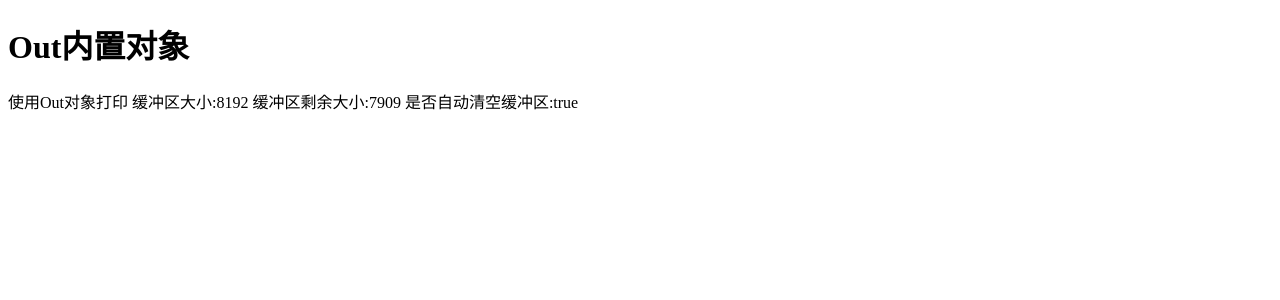
Repository: jionjion/JAVA_WorkSpace
Page: http://localhost/ServletClient/modules/jspBase/baseII.jsp
An editor plug-in stored every save of this project. The page is shown before and after the next save, followed by the edit.
The browser window is 1280 px wide. The pictures show the whole page.
The page is served by Tomcat 9.

Above is the page before, as saved 2017-07-10 13:54:26.

After the next save:
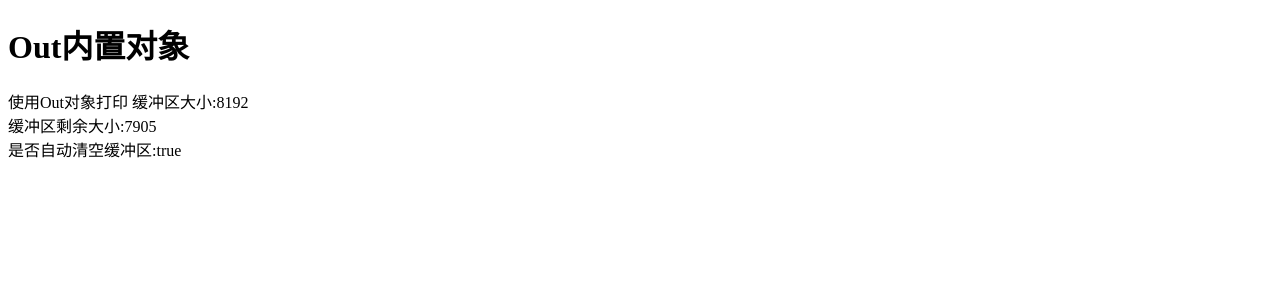
Saved 34 s later.
--- a/ServletClient/WebContent/modules/jspBase/baseII.jsp
+++ b/ServletClient/WebContent/modules/jspBase/baseII.jsp
@@ -11,8 +11,8 @@
 	<%
 		out.println("使用Out对象打印");
 	%>
-	缓冲区大小:<%=out.getBufferSize() %>
-	缓冲区剩余大小:<%=out.getRemaining() %>
-	是否自动清空缓冲区:<%=out.isAutoFlush() %>
+	缓冲区大小:<%=out.getBufferSize() %><br>
+	缓冲区剩余大小:<%=out.getRemaining() %><br>
+	是否自动清空缓冲区:<%=out.isAutoFlush() %><br>
 </body>
 </html>
